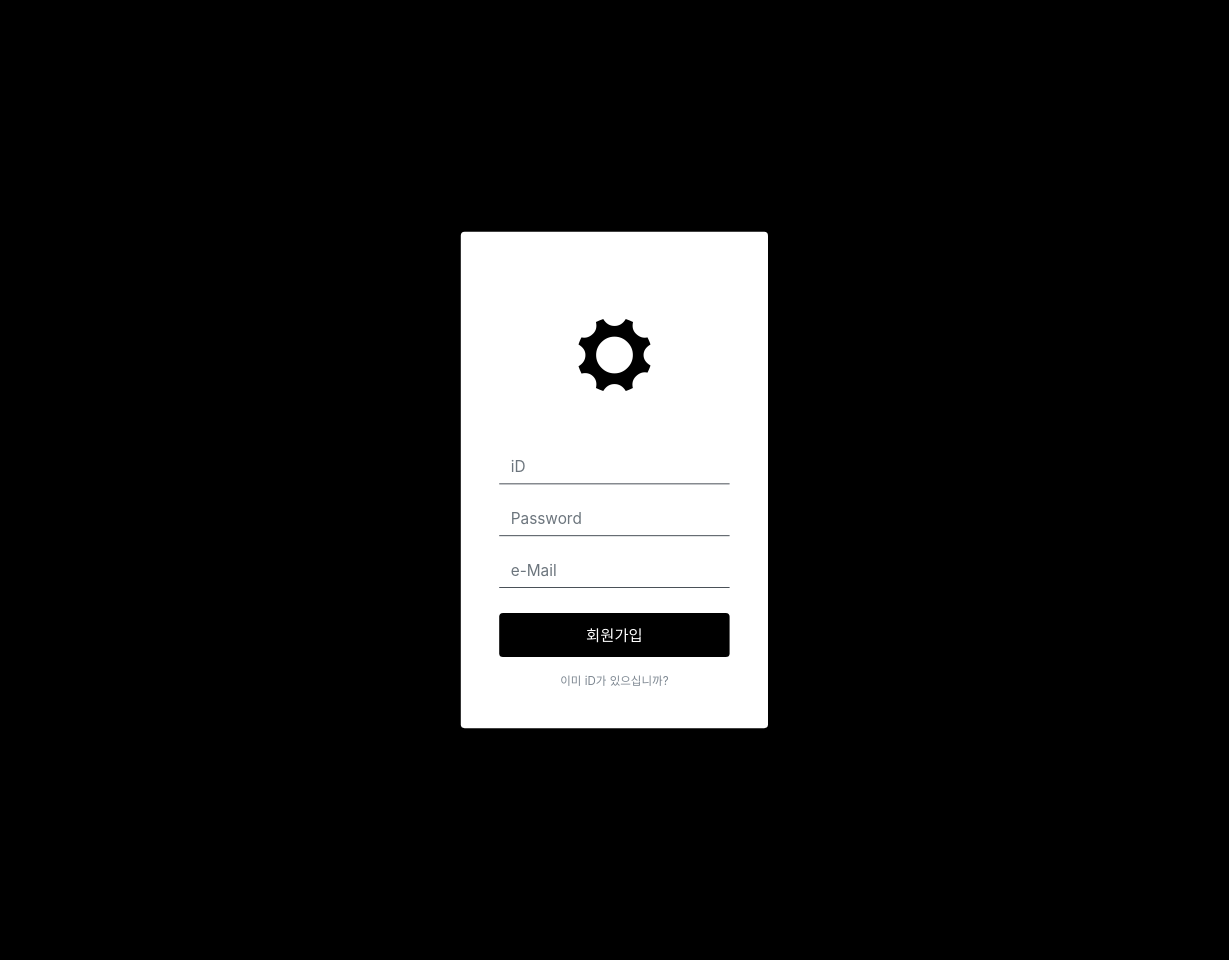
Repository: charmingjae/Entry
Page: http://localhost/entry/register.jsp
The author's editor kept a copy of each file at every save. The page is drawn from the files as they stood at one save, then again after the next save.
The browser window is 1280 px wide. The pictures show the whole page, at 96% of full size.
Some web libraries are served in a nearby version. The page is served by Tomcat 9. Other server files are loaded and not shown.

Above is the page before, as saved 2020-02-02 14:08:37.

### entry/WebContent/register.jsp
<%@ page language="java" contentType="text/html; charset=UTF-8"
    pageEncoding="UTF-8"%>
<!DOCTYPE html>
<html>

<head>
    <meta charset="utf-8">
    <meta name="viewport" content="width=device-width, initial-scale=1.0">
    <title>Untitled</title>
    <link rel="stylesheet" href="https://cdnjs.cloudflare.com/ajax/libs/twitter-bootstrap/4.1.3/css/bootstrap.min.css">
    <link rel="stylesheet" href="https://cdnjs.cloudflare.com/ajax/libs/ionicons/2.0.1/css/ionicons.min.css">
    <link rel="stylesheet" href="./css/register.css">
</head>

<body>
    <div class="login-dark">
        <form method="post">
            <h2 class="sr-only">Login Form</h2>
            <div class="illustration"><i class="icon ion-gear-a"></i></div>
            <div class="form-group"><input class="form-control" type="id" name="id" placeholder="iD"></div>
            <div class="form-group"><input class="form-control" type="password" name="password" placeholder="Password"></div>
            <div class="form-group"><input class="form-control" type="email" name="email" placeholder="e-Mail"></div>
            <div class="form-group"><button class="btn btn-primary btn-block" type="submit">회원가입</button></div>
            <a href="login.jsp" class="forgot">이미 iD가 있으십니까?</a></form>
    </div>
    <script src="https://cdnjs.cloudflare.com/ajax/libs/jquery/3.2.1/jquery.min.js"></script>
    <script src="https://cdnjs.cloudflare.com/ajax/libs/twitter-bootstrap/4.1.3/js/bootstrap.bundle.min.js"></script>
</body>

</html>

### entry/WebContent/css/register.css
@charset "UTF-8";

.login-dark {
  height:1000px;
  background:black;
  background-size:cover;
  position:relative;
  background-color: black;
}

.login-dark form {
  max-width:320px;
  width:90%;
  background-color:white;
  padding:40px;
  border-radius:4px;
  transform:translate(-50%, -50%);
  position:absolute;
  top:50%;
  left:50%;
  color:black;
  box-shadow:3px 3px 4px rgba(0,0,0,0.2);
}

.login-dark .illustration {
  text-align:center;
  padding:15px 0 20px;
  font-size:100px;
  color:black;
}

.login-dark form .form-control {
  background:none;
  border:none;
  border-bottom:1px solid #434a52;
  border-radius:0;
  box-shadow:none;
  outline:none;
  color:inherit;
}

.login-dark form .btn-primary {
  background:black;
  border:none;
  border-radius:4px;
  padding:11px;
  box-shadow:none;
  margin-top:26px;
  text-shadow:none;
  outline:none;
}

.login-dark form .btn-primary:hover, .login-dark form .btn-primary:active {
  background:#214a80;
  outline:none;
}

.login-dark form .forgot {
  display:block;
  text-align:center;
  font-size:12px;
  color:#6f7a85;
  opacity:0.9;
  text-decoration:none;
}

.login-dark form .forgot:hover, .login-dark form .forgot:active {
  opacity:1;
  text-decoration:none;
}

.login-dark form .btn-primary:active {
  transform:translateY(1px);
}

### entry/WebContent/headerForRL.jsp
<%@ page language="java" contentType="text/html; charset=UTF-8"
    pageEncoding="UTF-8"%>
<!DOCTYPE html>
<html>
<head>
      <meta charset="UTF-8">
      <meta name="viewport" content="width=device-width, initial-scale=1.0">
      <meta http-equiv="X-UA-Compatible" content="ie=edge">
      <title>Responsive Sticky Navbar</title>
      <link rel="stylesheet" href="./css/headerForRL.css">
      <link rel="stylesheet" href="https://maxcdn.bootstrapcdn.com/font-awesome/4.7.0/css/font-awesome.min.css">
      <script src="https://code.jquery.com/jquery-3.3.1.js"></script>

</head>
<body>
<div class="wrapper">
            <header>
                  <nav>

                        <div class="menu-icon">
                              <i class="fa fa-bars fa-2x"></i>
                        </div>

                        <div class="logo">
                              <!-- LOGO -->
                              <a href="event.jsp"><span>ENTRY</span></a>
                        </div>

                  </nav>
            </header>
      </div>

      <script type="text/javascript">

      // Menu-toggle button

      $(document).ready(function() {
            $(".menu-icon").on("click", function() {
                  $("nav ul").toggleClass("showing");
            });
      });

      // Scrolling Effect

      $(window).on("scroll", function() {
            if($(window).scrollTop()) {
                  $('nav').addClass('black');
            }

            else {
                  $('nav').removeClass('black');
            }
      })


      </script>

</body>
</html>

### entry/WebContent/css/headerForRL.css
@charset "UTF-8";

html, body {
      margin: 0;
      padding: 0;
      width: 100%;
}

body {
      font-family: "Helvetica Neue",sans-serif;
      font-weight: lighter;
}

header {
      width: 10%;
      /* height: 100vh; */ /* Header가 아래로 내려올 때 수정해 볼 것.*/
      /* background-size: cover; */
}

.content {
      width: 94%;
      margin: 4em auto;
      font-size: 20px;
      line-height: 30px;
      text-align: justify;
}

.logo {
      line-height: 60px;
      position: fixed;
      float: left;
      margin: 16px 46px;
      color: #fff;
      font-weight: bold;
      font-size: 20px;
      letter-spacing: 2px;
	  text-decoration: none !important;
}


nav {
      position: fixed;
      width: 100%;
      line-height: 60px;
}

nav ul {
      line-height: 60px;
      list-style: none;
      background: rgba(0, 0, 0, 0);
      overflow: hidden;
      color: #fff;
      padding: 0;
      text-align: right;
      margin: 0;
      padding-right: 40px;
      transition: 1s;
}

nav.black ul {
      background: #000;
}

nav ul li {
      display: inline-block;
      padding: 16px 40px;;
}

nav ul li a {
      text-decoration: none !important;
      color: #fff;
      font-size: 16px;
}

a:hover{
	color:black;
	text-decoration:none;
}

span{
	  text-decoration: none;
      color: #fff;
}

.menu-icon {
      line-height: 60px;
      width: 100%;
      background: #000;
      text-align: right;
      box-sizing: border-box;
      padding: 15px 24px;
      cursor: pointer;
      color: #fff;
      display: none;
}

@media(max-width: 786px) {

      .logo {
            position: fixed;
            top: 0;
            margin-top: 16px;

      }

      nav ul {
            max-height: 0px;
            background: #000;
      }

      nav.black ul {
            background: #000;
      }

      .showing {
            max-height: 34em;
      }

      nav ul li {
            box-sizing: border-box;
            width: 100%;
            padding: 24px;
            text-align: center;
      }

      .menu-icon {
            display: block;
      }

}

After the next save:
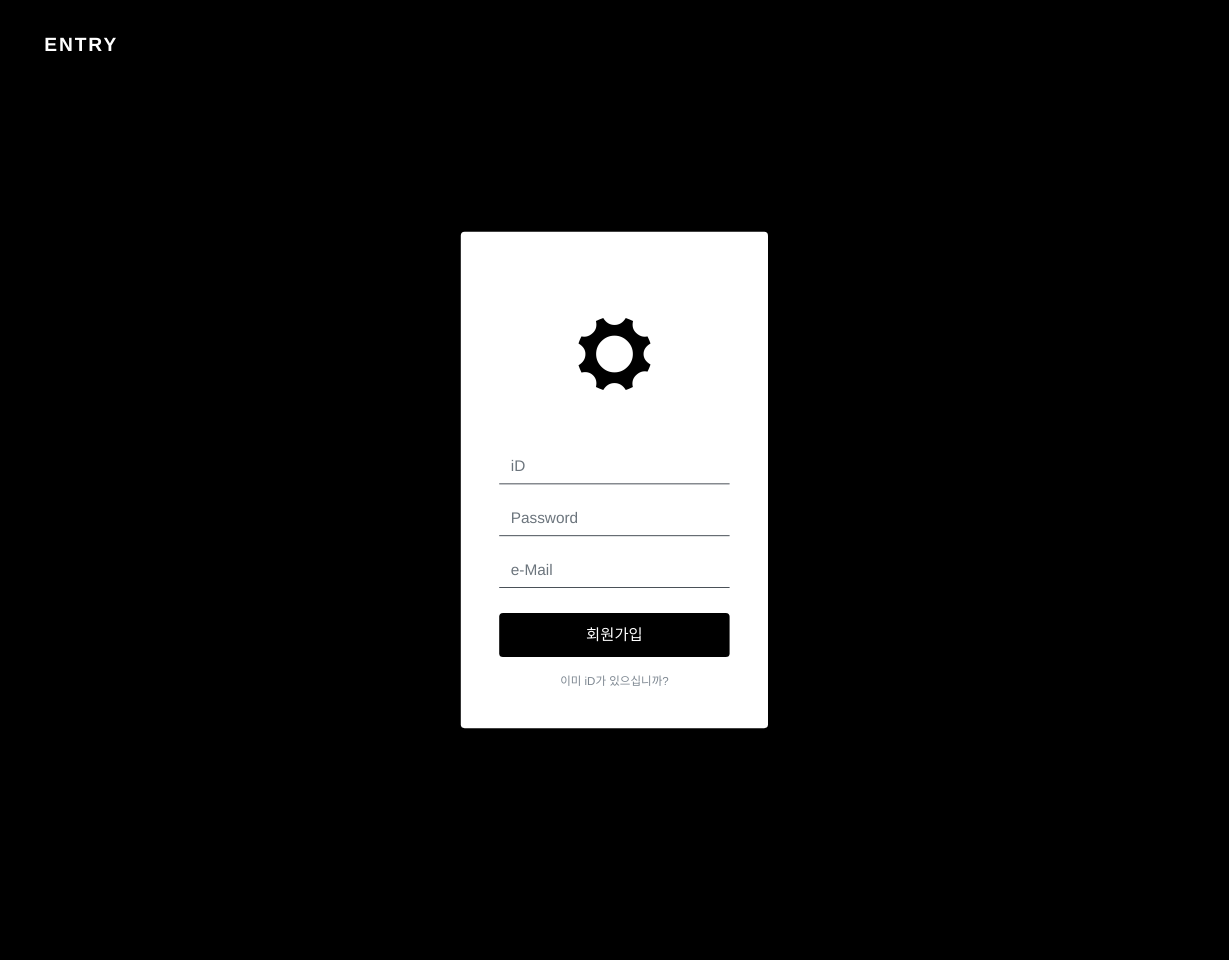
Saved 4 s later.
--- a/entry/WebContent/register.jsp
+++ b/entry/WebContent/register.jsp
@@ -14,6 +14,7 @@
 
 <body>
     <div class="login-dark">
+    	<jsp:include page="headerForRL.jsp"></jsp:include>
         <form method="post">
             <h2 class="sr-only">Login Form</h2>
             <div class="illustration"><i class="icon ion-gear-a"></i></div>
